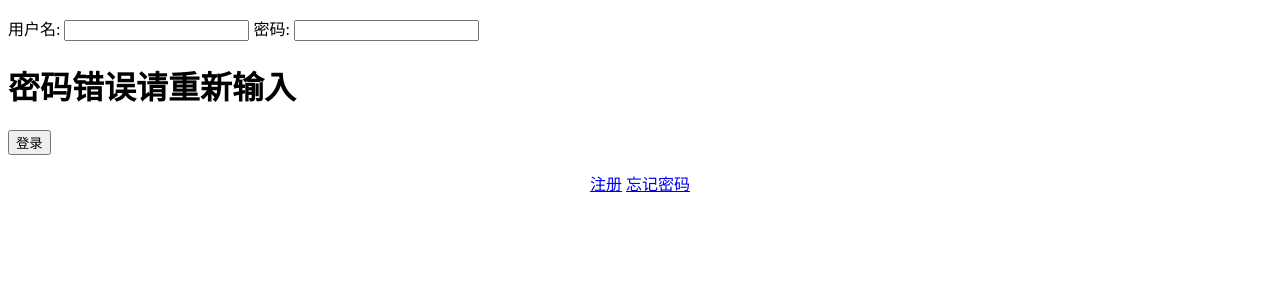
Repository: Cute-abacus/MyfirstJavaApp
Page: http://localhost/RegisterSy/NoUser.jsp
These files come from the project's save history. The page is drawn as it stood at one moment and after the next save; the edit follows.
The browser window is 1280 px wide. The pictures show the whole page.
The page is served by Tomcat 9. Other server files are loaded and not shown.

Above is the page before, as saved 2018-06-10 03:51:07.

### Web项目/RegisterSy/WebContent/NoUser.jsp
<%@ page language="java" contentType="text/html; charset=utf-8"
    pageEncoding="utf-8"%>
<!DOCTYPE html PUBLIC "-//W3C//DTD HTML 4.01 Transitional//EN" "http://www.w3.org/TR/html4/loose.dtd">
<html>
<head>
<meta http-equiv="Content-Type" content="text/html; charset=utf-8">
<title>欢迎登陆！</title>
</head>
<body>
<div id="apDiv1">
  <form id="form1" name="form1" method="post" action="servlet/loginServlet">
    <p class="main">
				<label>用户名: </label>
				<input name="username" value="" />
				<label>密码: </label>
				<input type="password" name="password" value="">
				<h1>密码错误请重新输入</h1>
			</p>
			<p class="space">
				<input type="submit" value="登录" class="login" style="cursor: pointer;"/>
			</p>
    <p align="center"><a href="注册.jsp">注册</a> <a href="忘记密码.jsp">忘记密码</a></p>
  </form>
</div>
</body>
</html>

After the next save:
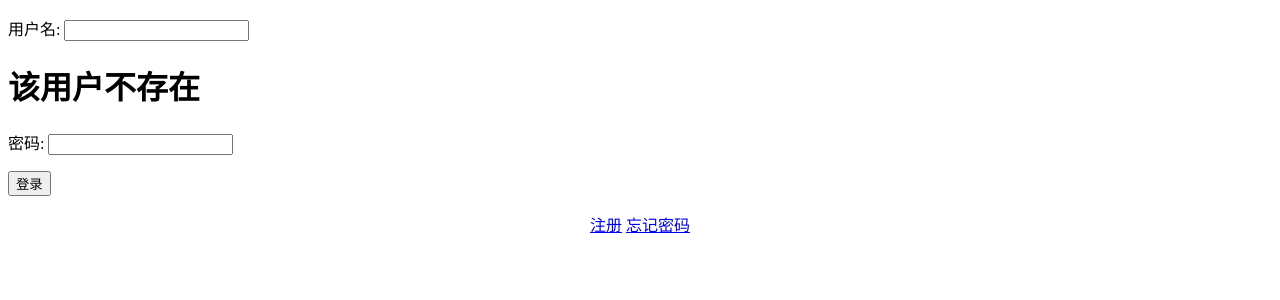
Saved 84 s later.
--- a/Web项目/RegisterSy/WebContent/NoUser.jsp
+++ b/Web项目/RegisterSy/WebContent/NoUser.jsp
@@ -12,9 +12,9 @@
     <p class="main">
 				<label>用户名: </label>
 				<input name="username" value="" />
+				<h1>该用户不存在</h1>
 				<label>密码: </label>
 				<input type="password" name="password" value="">
-				<h1>密码错误请重新输入</h1>
 			</p>
 			<p class="space">
 				<input type="submit" value="登录" class="login" style="cursor: pointer;"/>
